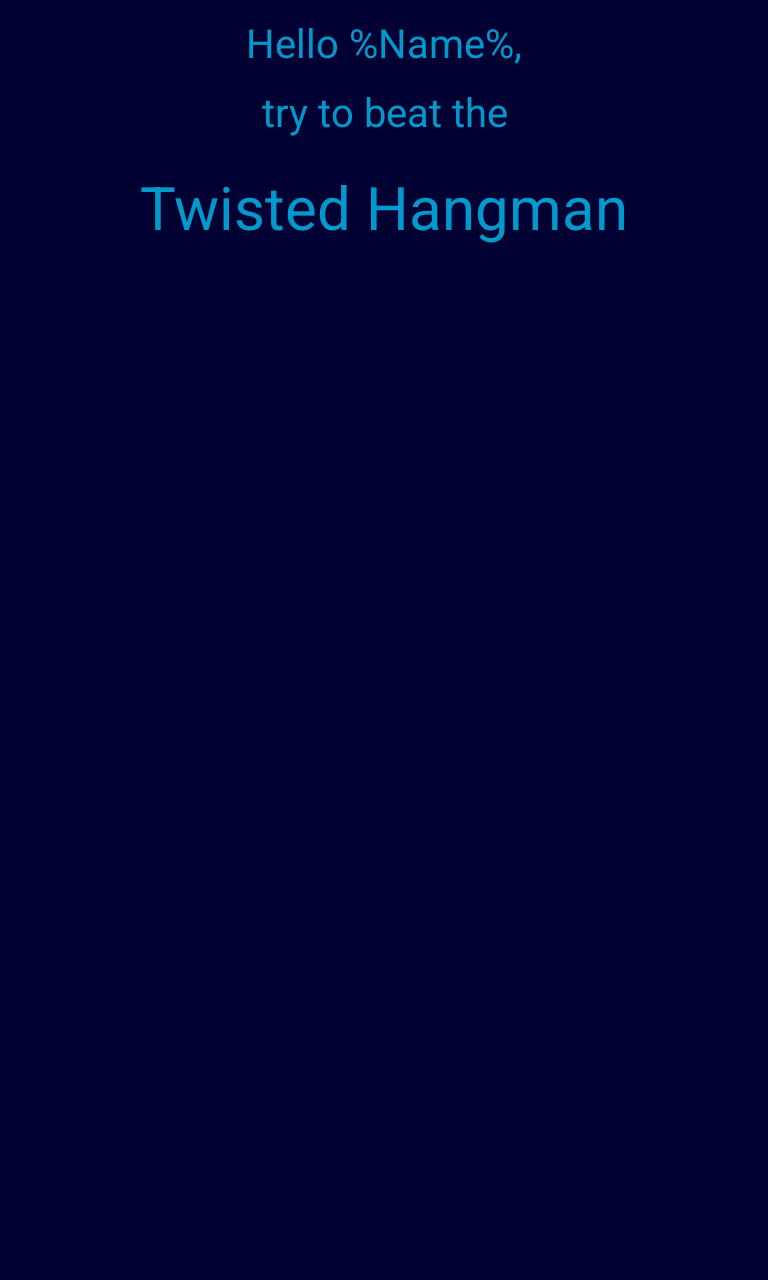
Repository: caspervdpoll/hangman_cvdpoll_jvwageningen
Layout: app/twisted-hangman/res/layout/activity_main.xml
The author's editor kept a copy of each file at every save. The layout is drawn from the files as they stood at one save, then again after the next save.
It is drawn on a 768 x 1280 px phone screen (xhdpi) without system bars, with theme AppTheme; the app's code is not run.

Above is the layout before, as saved 2014-06-10 09:50:53.

After the next save:
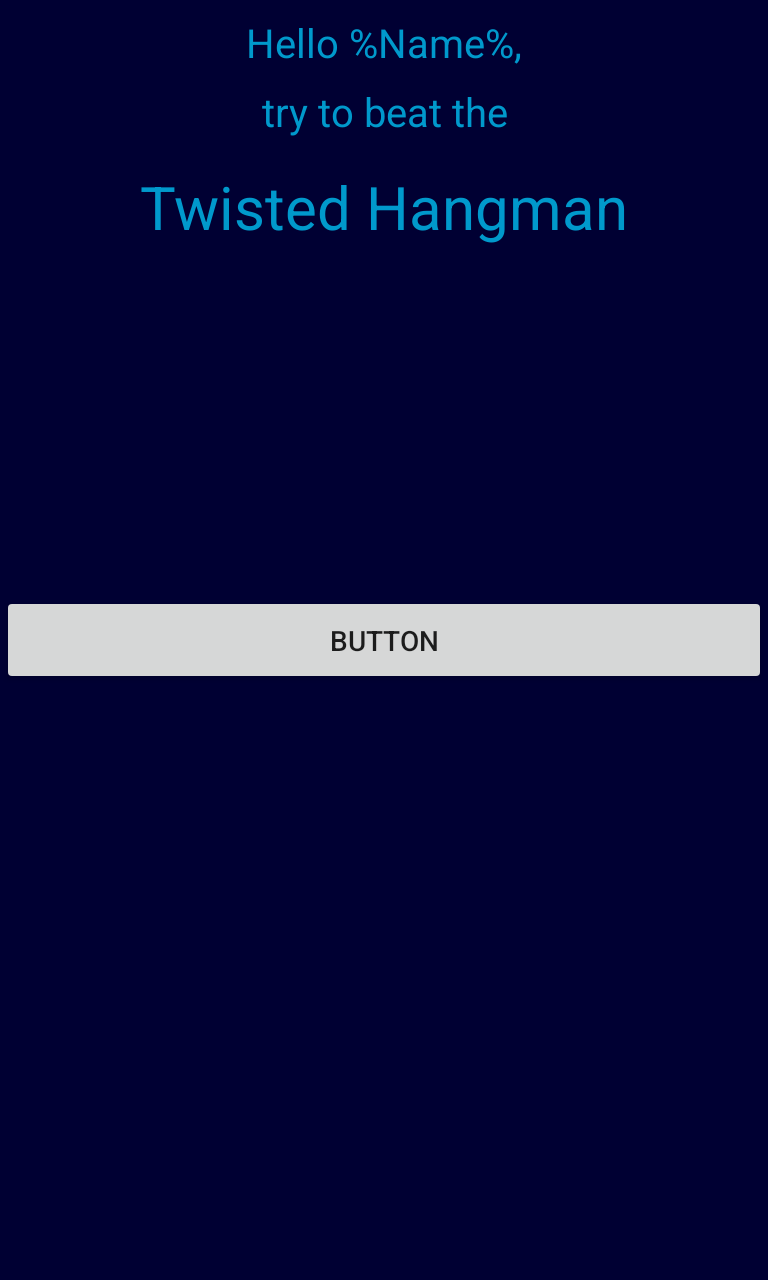
Saved 106 s later.
--- a/app/twisted-hangman/res/layout/activity_main.xml
+++ b/app/twisted-hangman/res/layout/activity_main.xml
@@ -52,11 +52,10 @@
 
     <Button
         android:id="@+id/button1"
-        android:layout_width="fill_content"
-        android:layout_height="fill_content"
-        android:layout_alignParentBottom="true"
+        android:layout_width="match_parent"
+        android:layout_height="wrap_content"
         android:layout_centerHorizontal="true"
-        android:layout_marginBottom="74dp"
+        android:layout_centerVertical="true"
         android:text="Button" />
 
 </RelativeLayout>
